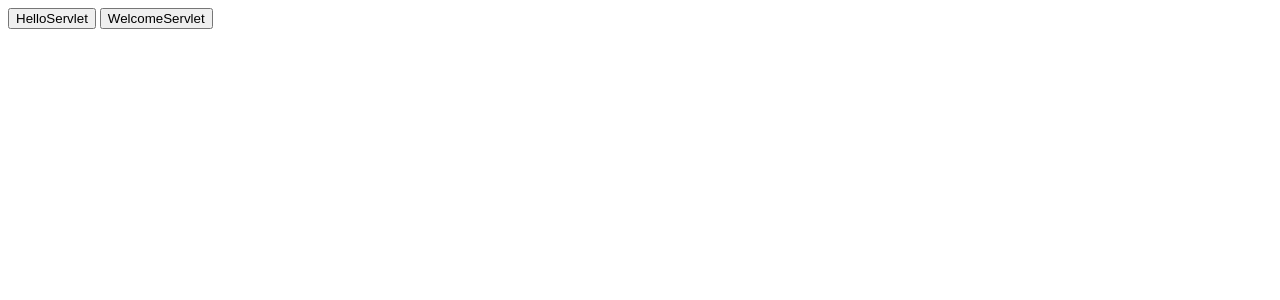
Repository: 0702tk/test
Page: http://localhost/HelloServlet/
The author's editor kept a copy of each file at every save. The page is drawn from the files as they stood at one save, then again after the next save.
The browser window is 1280 px wide. The pictures show the whole page.
The page is served by Tomcat 9.

Above is the page before, as saved 2019-07-26 07:42:53.

After the next save:
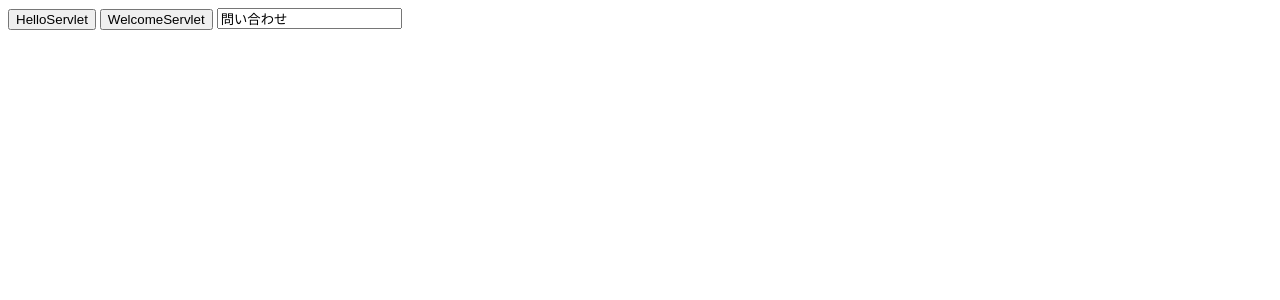
Saved 4 min 27 s later.
--- a/HelloServlet/WebContent/index.jsp
+++ b/HelloServlet/WebContent/index.jsp
@@ -11,5 +11,7 @@
 
 	<input type="button" value="WelcomeServlet" onClick="location.href='welcome.jsp'" >
 
+	<input tyoe="button" value="問い合わせ" onclick="location.href='inquiry'">
+
 </body>
 </html>
